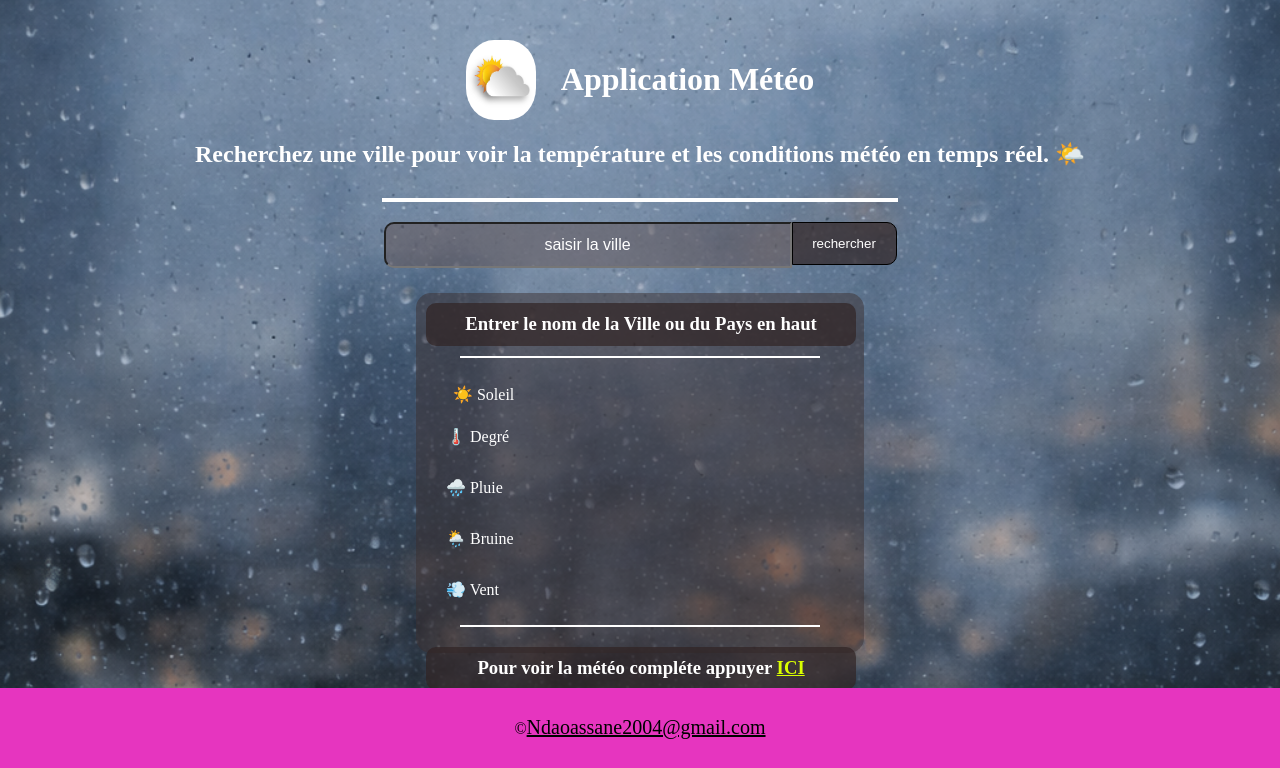
Repository: assanendao171/meteo
Page: index.html
These files come from the project's save history. The page is drawn as it stood at one moment and after the next save; the edit follows.
The browser window is 1280 px wide. The pictures show the whole page.

Above is the page before, as saved 2026-03-16 13:42:02.

### index.html
<!DOCTYPE html>
<html lang="en">

<head>
    <meta charset="UTF-8">
    <meta name="viewport" content="width=device-width, initial-scale=1.0">
    <title>Document</title>
    <link rel="stylesheet" href="meteo2.css">
</head>

<body>
    <div id="haut">
        <img src="icone.jpg" alt="icone" id="photosoleil">
        <h1>Application Météo </h1>
    </div>
    <h2>Recherchez une ville pour voir la température et les conditions météo en temps réel. 🌤️</h2>
    <hr>
            <div id="bloc">
            <input type="text" id="input" placeholder="saisir la ville">
            <button id="btn">rechercher</button>
        </div>
    <div id="contain">
        <div id="resultat">
            <h3 id="h3">Entrer le nom de la Ville ou du Pays en haut</h3>
        </div>
        <hr id="hr">
        <div id="stat">
        <p id="soleil">☀️ Soleil</p>
        <p id="Degre">🌡️ Degré</p >
        <p id="Pluie">🌧️ Pluie</p >
        <p id="Bruine">🌦️ Bruine</p >
        <p id="Vent">💨 Vent</p >
        </div>
            <hr id="hr">
<div id="resultat">
<h3>Pour voir la météo compléte appuyer <a href="https://www.lachainemeteo.com/meteo-senegal/ville-462/previsions-meteo-dakar-aujourdhui" id="ici">ICI</a></h3>
</div>
    </div>

    </div>
    <footer>
        <p id="p">&copy;<a href="mailto:Ndaoassane2004@gmail.com">Ndaoassane2004@gmail.com</a></p>
    </footer>
    <script src="meteo2.js"></script>
</body>

</html>

### meteo2.css
body {
  display: flex;
  flex-direction: column;
  justify-content: center;
  justify-content: center;
  align-items: center;
  background-image: url("background.png");
  background-position: center;
  background-repeat: no-repeat;
  background-size: cover;
  color: rgb(255, 255, 255);
  padding-top: 40px;
  margin: 0;
}
#haut{
  display: flex;
  gap: 25px;
}
#bloc{
    display: flex;
    flex-direction: row;
    justify-content: center;
}
#photosoleil{
  width: 70px;
    border-radius: 40%;

}
#photobas{
  width: 70px;
    border-radius: 40%;

}
#recherche{
  width: 40px;
}
hr {
  color: white;
  border: 2px solid white;
  margin-top: 10px;
  width: 40%;
  margin-bottom: 20px;
}
#hr {
  color: white;
  border: 1px solid white;
  margin-top: 10px;
  width: 80%;
  margin-bottom: 20px;
}
#contain {
  margin-top: 25px;
  text-align: center;
  width: 35%;
background-color: rgba(59, 47, 47, 0.479);
  border-radius: 15px;
  height: 360px;
}
input {
  width: 400px;
  height: 40px;
  border-radius: 10px 0 0 10px;
background-color: rgba(97, 81, 81, 0.479);
color: white;
font-size: 1rem;
}
::placeholder{
  color: white;
  font-size: 1rem;
  text-align: center;
}
button {
  height: 43px;
  width: 105px;
  border-radius: 0 10px 10px 0;
  color: white;
  cursor: pointer;
  border: 1px solid black;
background-color: rgba(49, 36, 36, 0.692);
}

#resultat {
  margin-top: 60px;
  background-color: aliceblue;
width: 96%;
margin: 10px;
height: 43px;
border-radius: 10px;
display: flex;
flex-direction: column;
justify-content: center;
align-items: center;
background-color: rgba(49, 36, 36, 0.692);
}
h3 {
color: white;
  text-decoration: none;
}
#ici{
  text-decoration: underline;
  color: rgb(217, 255, 0);
}
#icone {
  color: rgb(70, 62, 62);
}
#stat{
  margin-left: 30px;
  display: flex;
  flex-direction: column;
  justify-content: flex-start;
  align-items: flex-start;

}
#soleil{
  font-size: 1rem;
   margin: 7px;
}
#degre{
  font-size: 1rem;
   margin: 7px;
}
#pluie{
  font-size: 1rem;
   margin: 7px;
}
#emoji{
  font-size: 1rem;
   margin: 7px;
}
#emoji{
  font-size: 1rem;
   margin: 7px;
}
#enfant{
  background-color: rgba(184, 180, 175, 0.733);
  padding: 5px;
  display: flex;
  flex-direction: column;
  justify-content: center;
align-items: center;}
#contain2{
  display: flex;
  flex-direction: row;
  justify-content: flex-start;
  gap: 60px;
  padding-top: 30px;
  color: rgb(255, 39, 39);
}
h4{
  margin: 0;
  color: black;
}
footer{
  margin-top: 35px;
  width: 100%;
  height: 80px;
  background-color: rgb(230, 53, 191);
  color: black;
  text-shadow: none;
  display: flex;
  flex-direction: row;
  align-items: center;
  justify-content: center;
}
#p a{
  text-align: center;
  font-size: 20px;
  color: black;
}
/* les media query mobile */

@media(max-width:768px){
*{
box-sizing: border-box;
}
html, body {
  width: 100%;
  height: 100%;
  overflow-x: hidden;
  margin: 0;
}
#haut{
display: flex;
flex-direction: column;
justify-content: center;
align-items: center;
}
#photosoleil{
    width: 70px;
    border-radius: 40%;
}
hr {
  color: white;
  border: 2px solid white;
  margin-top: 10px;
  width: 60%;
  margin-bottom: 20px;
}
#contain {
  padding-top: 25px;
  text-align: center;
  width: 80%;
  background-color: aquamarine;
  border-radius: 15px;
  height: 280px;
}
input {
  width: 60%;
  height: 30px;
  border-radius: 15px;
  box-shadow: blue 1px 1px 6px 1px;
  margin-left:15px;
}
button {
  height: 30px;
  width: 95px;
  border-radius: 15px;
  color: white;
  cursor: pointer;
  border: 1px solid white;
    margin-right: 15px;

}
button:hover {
  background-color: rgb(255, 255, 255);
  color: rgb(0, 4, 255);
  cursor: pointer;
  border: 1px solid blue;
  transform: scale(1.1);
  transition: 0.5s;
}
#resultat {
  background-color: aliceblue;
  display: flex;
  flex-direction: column;
  justify-content: center;
  justify-content: center;
  align-items: center;
  width: 60%;
  height: 120px;
  border-radius: 20px;
  font-size: 15px;
}
#recherche{
  width: 30px;
  height: 25px;
}
h3 {
  color: rgb(61, 52, 52);
  text-decoration: none;
  font-size: 15px;
  margin: 10px;
}
h1,h2{
  font-size: 20px;
  text-align: center;
  margin: 10px;
}
#enfant{
  background-color: rgba(184, 180, 175, 0.733);
  padding: 10px;
  display: flex;
  flex-direction: column;
  justify-content: center;
align-items: center;
border-radius: 15%;
}
#contain2{
  display: flex;
  flex-direction: row;
  justify-content: flex-start;
  gap: 15px;
  flex-wrap: wrap;
  color: rgb(255, 39, 39);
  margin-top: 35px;
}
#photobas{
    width: 35px;
    border-radius: 30%;
}
h4{
  margin: 0;
  color: black;
}
footer{
  margin-top: 80px;
  width: 100%;
  height: 130px;
  background-color: rgb(230, 53, 191);
  color: black;
  text-shadow: none;
  display: flex;
  flex-direction: row;
  align-items: center;
  justify-content: center;
}
#p a{
  text-align: center;
  font-size: 15px;
  color: black;
}
}

@media (min-width: 768px) and (max-width: 1024px) {
*{
box-sizing: border-box;
}
html, body {
  width: 100%;
  height: 100%;
  overflow-x: hidden;
  margin: 0;
}
#photosoleil{
    width: 100px;
    border-radius: 40%;
}
h1,h2{
  font-size: 30px;
  text-align: center;
  margin: 10px;
}
input {
  width: 60%;
  height: 40px;
  border-radius: 15px;
  box-shadow: blue 1px 1px 6px 1px;
  margin-left:15px;
}
button {
  height: 40px;
  width: 95px;
  border-radius: 15px;
  color: white;
  cursor: pointer;
  border: 1px solid white;
    margin-right: 15px;

}
button:hover {
  background-color: rgb(255, 255, 255);
  color: rgb(0, 4, 255);
  cursor: pointer;
  border: 1px solid blue;
  transform: scale(1.1);
  transition: 0.5s;
}
#resultat {
  background-color: aliceblue;
  display: flex;
  flex-direction: column;
  justify-content: center;
  justify-content: center;
  align-items: center;
  width: 80%;
  height: 120px;
  border-radius: 20px;
  font-size: 15px;
}
footer{
  margin-top: 80px;
  width: 100%;
  height: 160px;
  background-color: rgb(230, 53, 191);
  color: black;
  text-shadow: none;
  display: flex;
  flex-direction: row;
  align-items: center;
  justify-content: center;
}
#p a{
  text-align: center;
  font-size: 25px;
  color: black;
}
}

### meteo2.js
let input = document.getElementById("input");
let btn = document.getElementById("btn");
let h3 = document.getElementById("h3");
let icone = document.getElementById("icone");

let apiKey = "62ecfbc2ac82aa867b7d2b579270f663";
async function avoirMeteo(ville) {
  try {
    let data = await fetch(
      `https://api.openweathermap.org/data/2.5/weather?q=${ville}&appid=${apiKey}&units=metric`,
    );
    if (!data.ok) {
      throw new Error("ville introuvable !");
    }
    let reponse = await data.json();
    icone.textContent = "🔍";
    h3.textContent =`Recherche en cours...${input.value}`
    async function temps() {
      let meteo=reponse.weather[0].main
      let emoji=""
      if(meteo==="Clear"){
        emoji="☀️"
      }
      else if(meteo==="Clouds"){
        emoji="☁️"
      }
      else if(meteo==="Rain"){
        emoji= "🌧️"
      }
      else {
  emoji = "🌤️"
}
      await new Promise((resolve) => setTimeout(resolve, 4000));
      icone.textContent = "✅";
      h3.textContent = `🌡️ ${reponse.name} :${emoji} ${reponse.main.temp}°C, ${reponse.weather[0].description}`;
      input.value=""
    }
    temps();
  } catch (Error) {
    async function wait(){
          icone.textContent = "🔍";
    h3.textContent =`Recherche en cours...${input.value}`
      await new Promise(resolve=>setTimeout(resolve,4000))
    icone.textContent = "❌  ";
h3.textContent = "Ville introuvable ";    input.value=""
    }
    wait()
  }
}
btn.addEventListener("click", function () {
  if(input.value===""){
    alert("le champ est vide")
    return
  }
  let ville = input.value.trim();
  if (ville) {
    avoirMeteo(ville);
  }
});

After the next save:
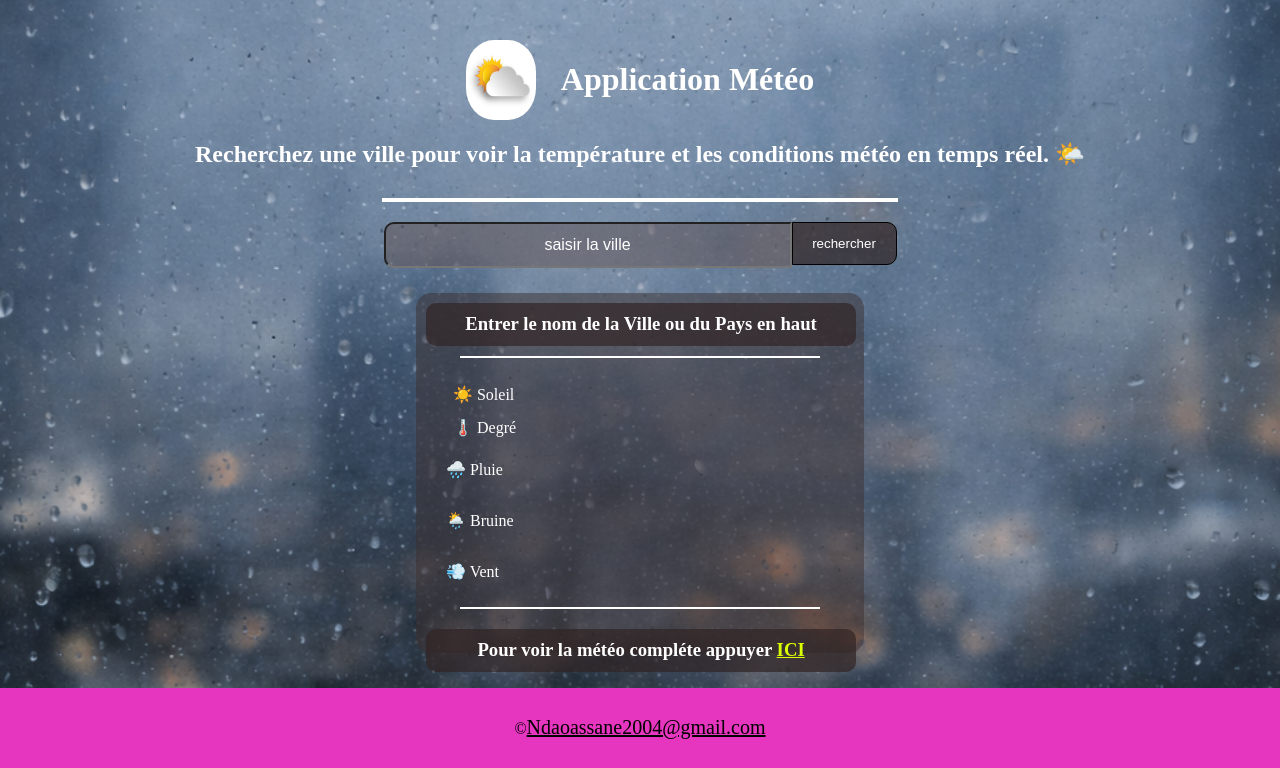
Saved 4 s later.
--- a/index.html
+++ b/index.html
@@ -26,7 +26,7 @@
         <hr id="hr">
         <div id="stat">
         <p id="soleil">☀️ Soleil</p>
-        <p id="Degre">🌡️ Degré</p >
+        <p id="degre">🌡️ Degré</p >
         <p id="Pluie">🌧️ Pluie</p >
         <p id="Bruine">🌦️ Bruine</p >
         <p id="Vent">💨 Vent</p >
